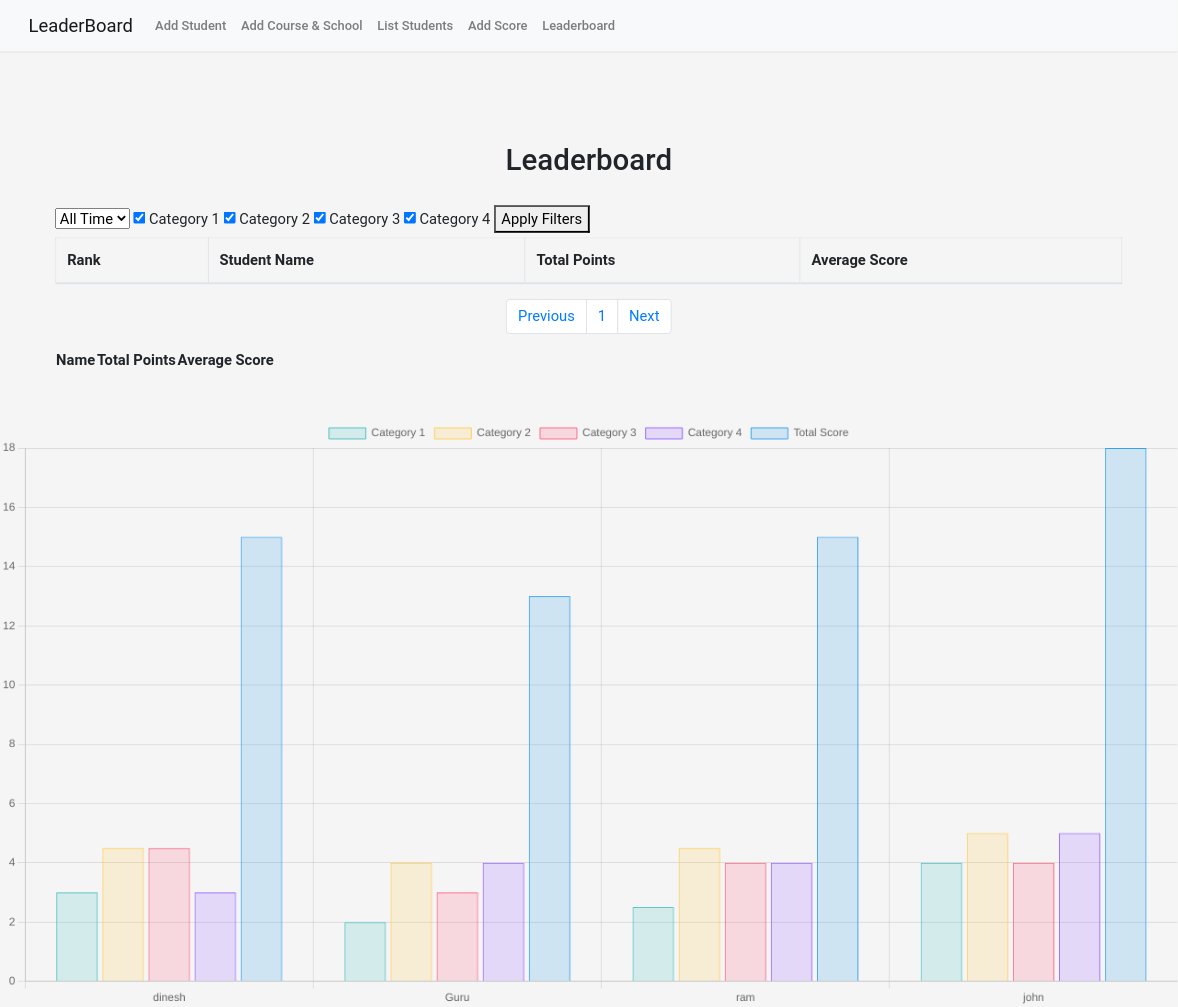
Repository: bigbodhiacademy/gBoard
Page: http://localhost/leaderboard.php?page=0
These files come from the project's save history. The page is drawn as it stood at one moment and after the next save; the edit follows.
The browser window is 1280 px wide. The pictures show the whole page, at 92% of full size.
The page is run by PHP 8.4 with error messages shown; the project is at /var/www/html/. The database holds what the project's SQL file puts in it.

Above is the page before, as saved 2023-04-22 22:56:35.
Not found: scripts.js

After the next save:
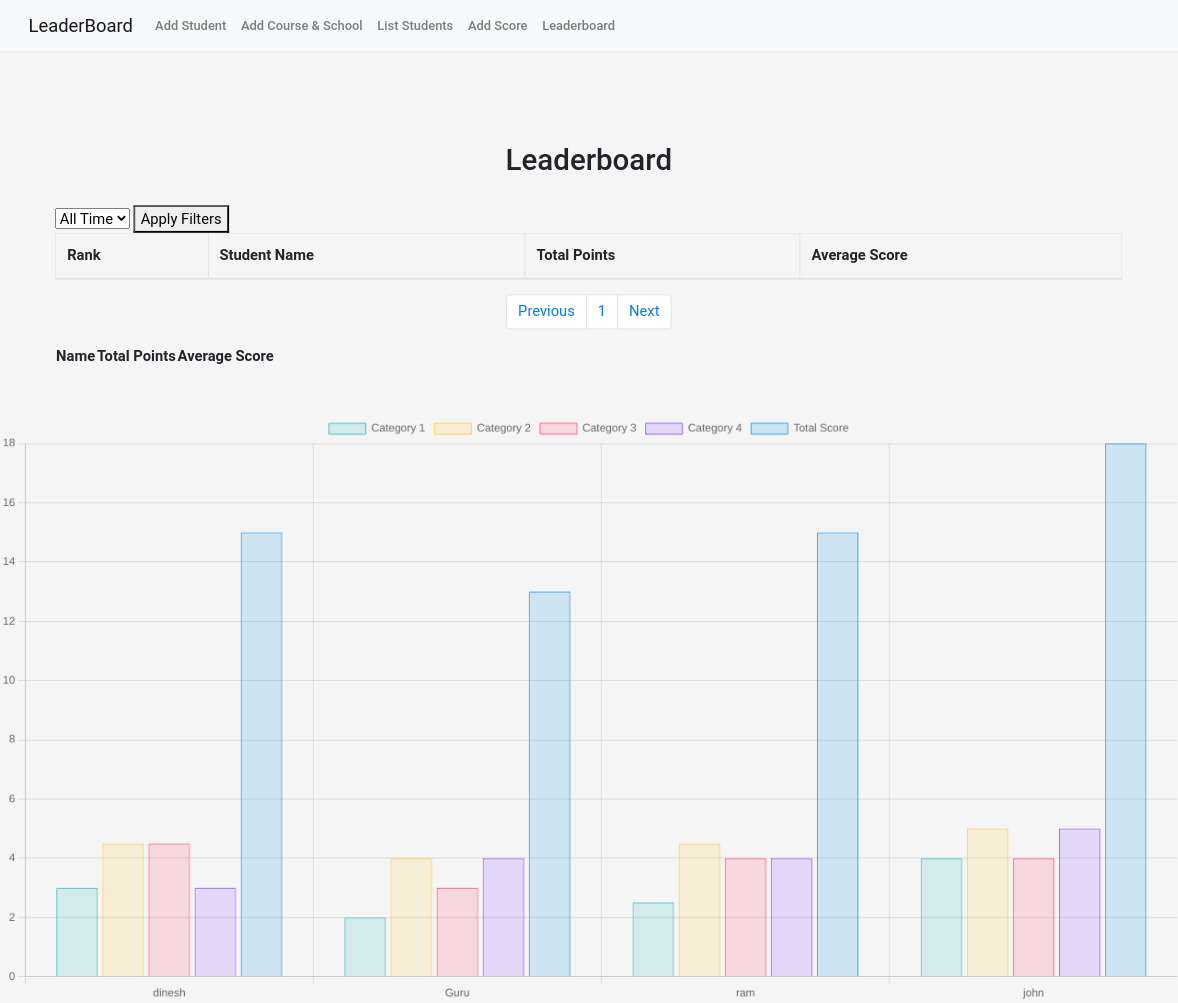
Saved 23 h 25 min later.
--- a/leaderboard.php
+++ b/leaderboard.php
@@ -33,21 +33,6 @@
     <option value="11">November</option>
     <option value="12">December</option>
   </select>
-  <input type="number" name="year" id="leaderboardYear" min="1900" max="2099" step="1" value="2023" style="display:none;">
-
-  <label>
-    <input type="checkbox" name="categories[]" value="category1" checked> Category 1
-  </label>
-  <label>
-    <input type="checkbox" name="categories[]" value="category2" checked> Category 2
-  </label>
-  <label>
-    <input type="checkbox" name="categories[]" value="category3" checked> Category 3
-  </label>
-  <label>
-    <input type="checkbox" name="categories[]" value="category4" checked> Category 4
-  </label>
-
   <button type="submit">Apply Filters</button>
 </form>
 
@@ -67,9 +52,9 @@
             <?php
             $rank = 1;
             // Get the selected categories from the form submission
-            $categories = isset($_GET['categories']) ? $_GET['categories'] : [];
-
-            $leaderboardData = getLeaderboardData($offset, $limit, $categories);
+
+
+            $leaderboardData = getLeaderboardData($offset, $limit);
 
             while ($row = $leaderboardData->fetch_assoc()):
             ?>
@@ -241,9 +226,7 @@ document.getElementById('leaderboardFilterForm').addEventListener('submit', func
   const interval = document.getElementById('leaderboardInterval').value;
   const month = document.getElementById('leaderboardMonth').value;
   const year = document.getElementById('leaderboardYear').value;
-  const categories = Array.from(document.querySelectorAll('input[name="categories[]"]:checked')).map(input => input.value);
-
-  console.log("leader filter--",categories);
+
   console.log("leader y  m i--",year,month,interval);
   // Make an AJAX request to fetch the leaderboard data based on the selected interval and categories
   const xhr = new XMLHttpRequest();
@@ -261,7 +244,8 @@ document.getElementById('leaderboardFilterForm').addEventListener('submit', func
 
   xhr.open("POST", "fetch_leaderboard_data.php", true);
   xhr.setRequestHeader("Content-Type", "application/x-www-form-urlencoded");
-  xhr.send(`interval=${interval}&month=${month}&year=${year}&categories=${JSON.stringify(categories)}&offset=${offset}&limit=${limit}`);
+  xhr.send(`interval=${interval}&month=${month}&year=${year}&offset=${offset}&limit=${limit}`);
+
 });
 
 
